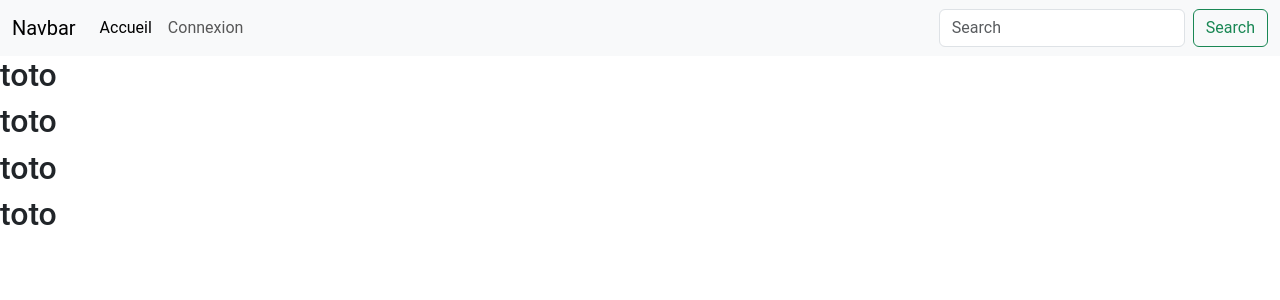
Repository: tecouz/Angular
Page: / (app in projet Angular/demo-angular-dfs2-g2/)
An editor plug-in stored every save of this project. The page is shown before and after the next save, followed by the edit.
The browser window is 1280 px wide. The pictures show the whole page.
The project was rebuilt for these pictures with package versions that can differ from the ones it lists, and the page was loaded fresh each time. Also part of the build but not shown: projet Angular/demo-angular-dfs2-g2/angular.json, projet Angular/demo-angular-dfs2-g2/src/app/pages/connexion/connexion.component.ts, projet Angular/demo-angular-dfs2-g2/src/app/pages/page404/page404.component.ts.

Above is the page before, as saved 2024-11-25 11:28:40.

### projet Angular/demo-angular-dfs2-g2/src/index.html
<!doctype html>
<html lang="en">
<head>
  <meta charset="utf-8">
  <title>DemoAngularDfs2G2</title>
  <base href="/">
  <meta name="viewport" content="width=device-width, initial-scale=1">
  <link rel="icon" type="image/x-icon" href="favicon.ico">
  <link href="https://cdn.jsdelivr.net/npm/bootstrap@5.3.3/dist/css/bootstrap.min.css" rel="stylesheet" integrity="sha384-QWTKZyjpPEjISv5WaRU9OFeRpok6YctnYmDr5pNlyT2bRjXh0JMhjY6hW+ALEwIH" crossorigin="anonymous">
</head>
<body>
  <app-root></app-root>
  <script src="https://cdn.jsdelivr.net/npm/bootstrap@5.3.3/dist/js/bootstrap.bundle.min.js" integrity="sha384-YvpcrYf0tY3lHB60NNkmXc5s9fDVZLESaAA55NDzOxhy9GkcIdslK1eN7N6jIeHz" crossorigin="anonymous"></script>
</body>
</html>

### projet Angular/demo-angular-dfs2-g2/src/app/app.component.ts
import { Component } from '@angular/core';
import { RouterLink, RouterOutlet } from '@angular/router';

@Component({
  selector: 'app-root',
  imports: [RouterOutlet, RouterLink],
  templateUrl: './app.component.html',
  styleUrl: './app.component.scss'
})
export class AppComponent {
  title = 'demo-angular-dfs2-g2';
}

### projet Angular/demo-angular-dfs2-g2/src/app/app.routes.ts
import { Routes } from '@angular/router';
import { AccueilComponent } from './pages/accueil/accueil.component';
import { ConnexionComponent } from './pages/connexion/connexion.component';
import { Page404Component } from './pages/page404/page404.component';

export const routes: Routes = [
    {path: "accueil", component: AccueilComponent},
    {path: "connexion", component: ConnexionComponent},
    {path: "", redirectTo: "accueil", pathMatch: "full"},
    {path: "**", component:Page404Component},
];

### projet Angular/demo-angular-dfs2-g2/src/app/app.component.html
<nav class="navbar navbar-expand-lg bg-body-tertiary">
  <div class="container-fluid">
    <a class="navbar-brand">Navbar</a>
    <button class="navbar-toggler" type="button" data-bs-toggle="collapse" data-bs-target="#navbarSupportedContent"
      aria-controls="navbarSupportedContent" aria-expanded="false" aria-label="Toggle navigation">
      <span class="navbar-toggler-icon"></span>
    </button>
    <div class="collapse navbar-collapse" id="navbarSupportedContent">
      <ul class="navbar-nav me-auto mb-2 mb-lg-0">
        <li class="nav-item">
          <a class="nav-link active" routerLink="/accueil">Accueil</a>
        </li>
        <li class="nav-item">
          <a class="nav-link" routerLink="/connexion">Connexion</a>
        </li>
      </ul>
      <form class="d-flex" role="search">
        <input class="form-control me-2" type="search" placeholder="Search" aria-label="Search">
        <button class="btn btn-outline-success" type="submit">Search</button>
      </form>
    </div>
  </div>
</nav>

<router-outlet></router-outlet>

### projet Angular/demo-angular-dfs2-g2/src/app/pages/accueil/accueil.component.ts
import { Component } from '@angular/core';

@Component({
  selector: 'app-accueil',
  imports: [],
  templateUrl: './accueil.component.html',
  styleUrl: './accueil.component.scss'
})
export class AccueilComponent {

  listeCategories = ["Super", "Top", "Moyen", "Bof"]

}

### projet Angular/demo-angular-dfs2-g2/src/app/pages/accueil/accueil.component.html
@for (categorie of listeCategories; track $index) {

    <h2>toto</h2>
}

Loaded but not shown: projet Angular/demo-angular-dfs2-g2/src/styles.scss (common file); projet Angular/demo-angular-dfs2-g2/src/main.ts (common file); projet Angular/demo-angular-dfs2-g2/src/app/app.config.ts (common file); projet Angular/demo-angular-dfs2-g2/src/app/app.component.scss (no stored copy; drawn as an empty file); projet Angular/demo-angular-dfs2-g2/src/app/pages/accueil/accueil.component.scss (no stored copy; drawn as an empty file)

After the next save:
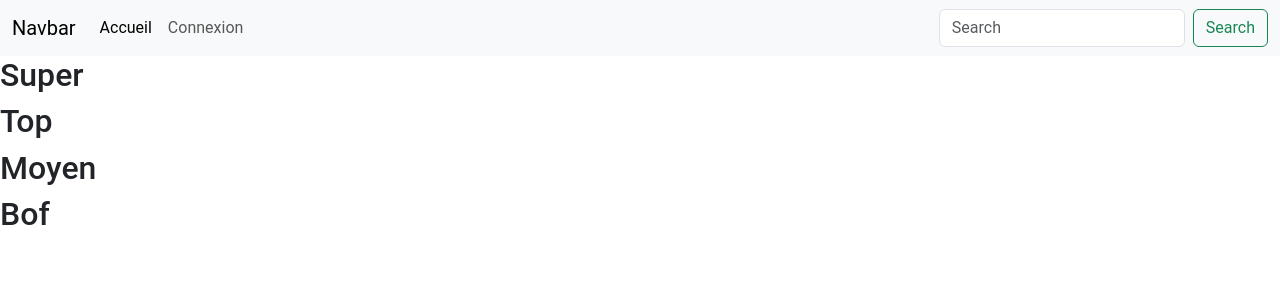
Saved 2 min 10 s later.
--- a/projet Angular/demo-angular-dfs2-g2/src/app/pages/accueil/accueil.component.html
+++ b/projet Angular/demo-angular-dfs2-g2/src/app/pages/accueil/accueil.component.html
@@ -1,4 +1,4 @@
 @for (categorie of listeCategories; track $index) {
 
-    <h2>toto</h2>
+    <h2>{{categorie}}</h2>
 }
